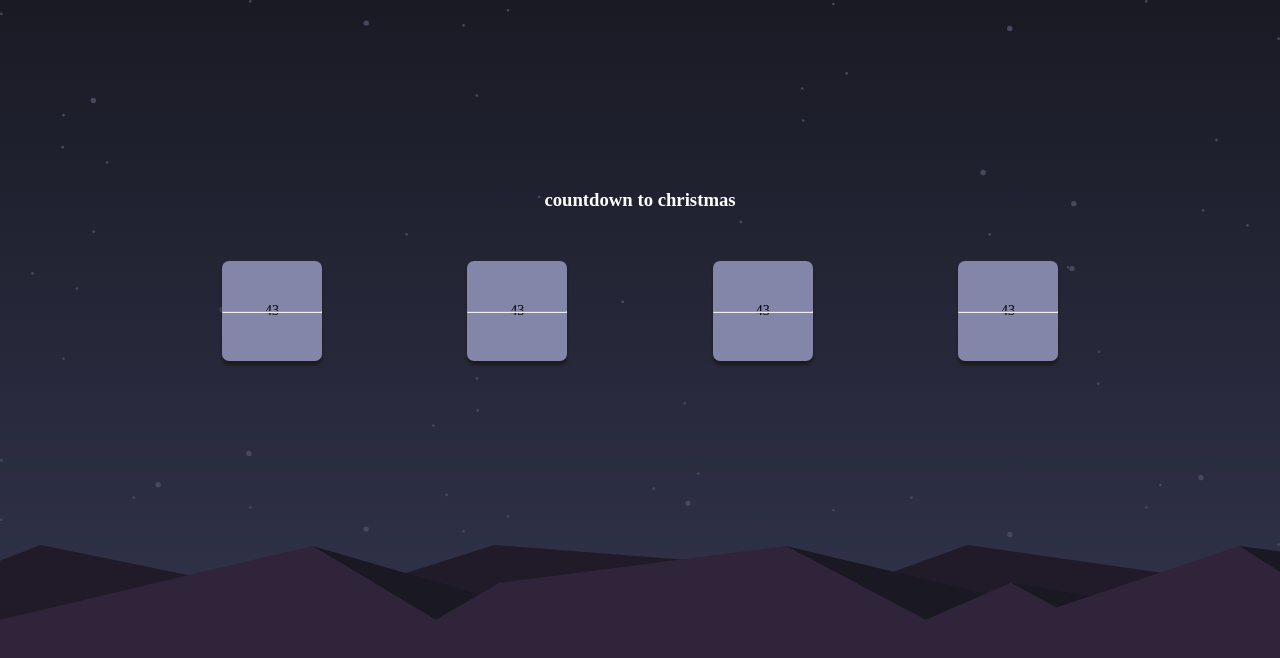
Repository: Eugene44-hub/countdown
Page: index.html
The author's editor kept a copy of each file at every save. The page is drawn from the files as they stood at one save, then again after the next save.
The browser window is 1280 px wide. The pictures show the whole page.

Above is the page before, as saved 2021-09-12 03:15:03.

### index.html
<!DOCTYPE html>
<html lang="en">

<head>
    <meta charset="UTF-8">
    <meta http-equiv="X-UA-Compatible" content="IE=edge">
    <meta name="viewport" content="width=device-width, initial-scale=1.0">
    <title>Document</title>
    <link rel="stylesheet" href="style.css">
</head>

<body>
    <div class="container">


        <div class="timer ">
            <h3 class="col10">countdown to christmas</h3>
            <div class="card">
                <p>43</p>
                <hr> </div>
            <div class="card">
                <p>43</p>
                <hr>
            </div>
            <div class="card">
                <p>43</p>
                <hr>
            </div>
            <div class="card">
                <p>43</p>
                <hr>
            </div>

        </div>

    </div>
    <script src="app.js"></script>

</body>

</html>

</html>

### style.css
* {
    padding: 0;
    margin: 0;
    box-sizing: border-box;
}

body {
    /* background-color: hsl(235, 16%, 14%); */
    /* background-color: hsl(234, 17%, 12%); */
    background-image: url('images/pattern-hills.svg'), url('images/bg-stars.svg'), linear-gradient( hsl(235, 18%, 12%), hsl(236, 21%, 26%));
    background-position: bottom, top;
    background-repeat: no-repeat, repeat;
    background-size: contain;
    background-attachment: fixed;
}

.container {
    display: flex;
    width: 100%;
    height: 500px;
    flex-wrap: wrap;
    text-align: center;
}

.col10 {
    flex: 100%;
    margin: auto;
}

h3 {
    color: white;
    padding: 50px;
}

.timer {
    margin: auto;
    display: flex;
    flex-wrap: wrap;
    justify-content: space-between;
    padding: 30px;
    width: 70%;
}

.card {
    background-color: hsl(237, 18%, 59%);
    padding: 20px;
    width: 100px;
    height: 100px;
    position: relative;
    overflow: hidden;
    box-shadow: 0px 4px 3px rgb(29, 27, 27);
    border-radius: 7px;
    display: flex;
}

p {
    margin: auto;
    font-size: 14px;
}

hr {
    position: absolute;
    width: 100%;
    top: 50%;
    left: 0%;
}


/* timer color  hsl(345, 95%, 68%)
timer card color hsl(237, 18%, 59%)
* /

### app.js
const proposed = new Date('2021-12-25');
const current = new Date();

const proArr = [proposed.getHours(), proposed.getMinutes(), proposed.getSeconds(), proposed.getDay(), proposed.getMonth()]
console.log('proposed days:' + (((proArr.at(-1) * 31) - 7) + proposed.getDate()));
console.log('current days:' + (((current.getMonth() * 31) - 5) + current.getDate()));

console.log((((proArr.at(-1) * 31) - 7) + proposed.getDate()) - (((current.getMonth() * 31) - 5) + current.getDate()) + 'days to christmas');

console.log('hours:' + (24 - current.getHours()));
console.log('minutes:' + (60 - current.getMinutes()));
console.log('hours:' + (60 - current.getSeconds()));

// let cal = proposed. - current;
// console.log(proposed);
// console.log(current.getDate());
// console.log(proArr.at(-1) + 1);
// let another = new Date(cal);
// console.log(another)
//359-253 propsed day - current day(mth*31-7) for september minus 6

After the next save:
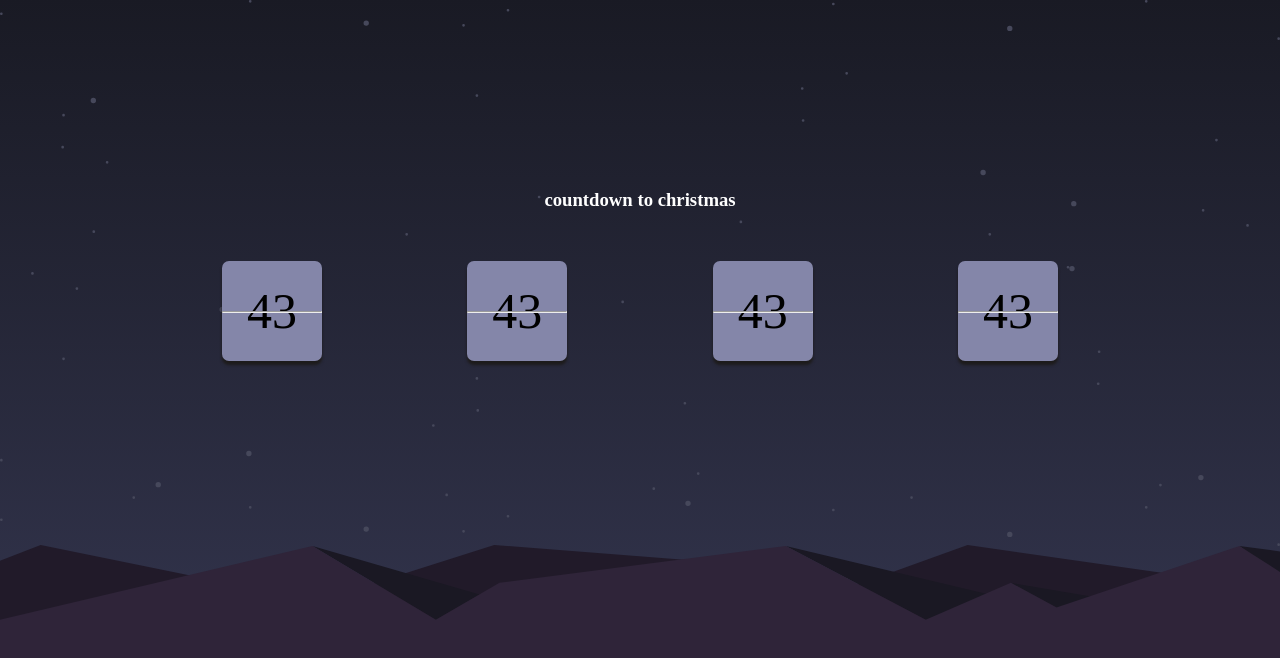
Saved 11 s later.
--- a/style.css
+++ b/style.css
@@ -55,7 +55,7 @@ h3 {
 
 p {
     margin: auto;
-    font-size: 14px;
+    font-size: 50px;
 }
 
 hr {
